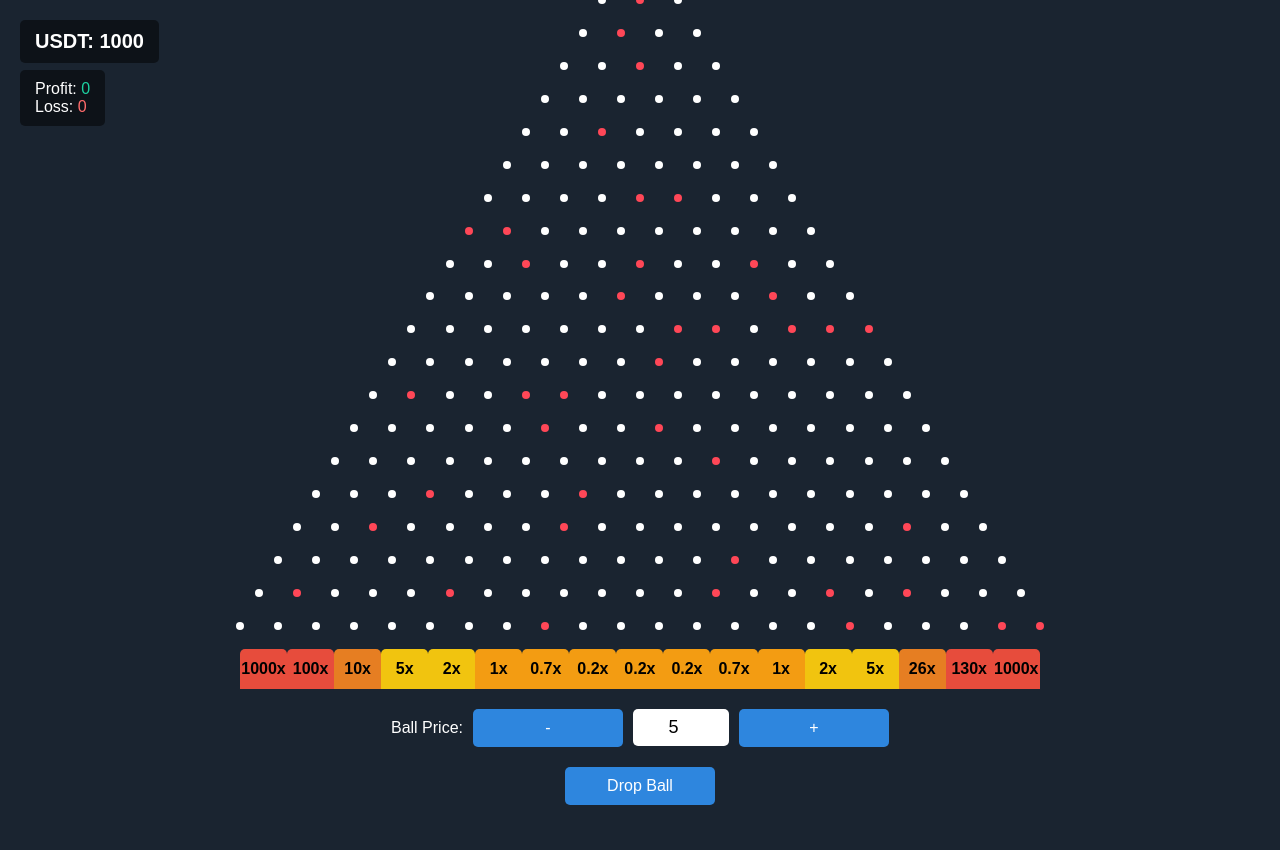
Repository: daffa-alif/PLINKO-JS
Page: index.html
The author's editor kept a copy of each file at every save. The page is drawn from the files as they stood at one save, then again after a run of saves.
The browser window is 1280 px wide. The pictures show the whole page.

Above is the page before, as saved 2025-03-07 09:26:36.

### index.html
<!DOCTYPE html>
<html lang="en">
<head>
    <meta charset="UTF-8">
    <meta name="viewport" content="width=device-width, initial-scale=1.0">
    <title>Plinko Game</title>
    <style>
        body {
            background-color: #1a2430;
            font-family: Arial, sans-serif;
            display: flex;
            justify-content: center;
            align-items: center;
            height: 100vh;
            margin: 0;
            color: white;
            overflow: hidden;
        }

        .container {
            position: relative;
            width: 600px;
            height: 900px; /* Increased from 700px to 900px */
            display: flex;
            flex-direction: column;
            align-items: center;
        }

        .plinko-board {
            position: relative;
            width: 500px;
            height: 800px; /* Increased from 600px to 800px */
        }

        .peg {
            position: absolute;
            width: 8px;
            height: 8px;
            background-color: white;
            border-radius: 50%;
            transform: translate(-50%, -50%);
        }

        .highlight-peg {
            background-color: #ff4757;
        }

        .ball {
            position: absolute;
            width: 16px;
            height: 16px;
            background-color: #ff6b81;
            border-radius: 50%;
            z-index: 10;
            transform: translate(-50%, -50%);
        }

        .buckets {
            display: flex;
            width: 100%;
            justify-content: space-between;
            position: absolute;
            bottom: 0;
        }

        .bucket {
            width: 55px;
            height: 40px;
            display: flex;
            justify-content: center;
            align-items: center;
            font-weight: bold;
            color: black;
            border-top-left-radius: 5px;
            border-top-right-radius: 5px;
        }

        .controls {
            margin-top: 20px;
            display: flex;
            flex-direction: column;
            align-items: center;
            gap: 10px;
            width: 100%;
        }

        button {
            padding: 10px 20px;
            font-size: 16px;
            border: none;
            border-radius: 5px;
            background-color: #2e86de;
            color: white;
            cursor: pointer;
            width: 150px;
        }

        button:hover {
            background-color: #54a0ff;
        }

        button:disabled {
            background-color: #7f8c8d;
            cursor: not-allowed;
        }

        .balance {
            position: absolute;
            top: 20px;
            left: 20px;
            font-size: 20px;
            font-weight: bold;
            background-color: rgba(0, 0, 0, 0.5);
            padding: 10px 15px;
            border-radius: 5px;
            z-index: 100;
        }

        .statistics {
            position: absolute;
            top: 70px;
            left: 20px;
            font-size: 16px;
            background-color: rgba(0, 0, 0, 0.5);
            padding: 10px 15px;
            border-radius: 5px;
            z-index: 100;
        }

        .profit {
            color: #1dd1a1;
        }

        .loss {
            color: #ff6b6b;
        }

        .price-controls {
            display: flex;
            align-items: center;
            gap: 10px;
            margin-bottom: 10px;
        }

        input {
            padding: 8px;
            width: 80px;
            text-align: center;
            font-size: 18px;
            border-radius: 5px;
            border: none;
        }

        .results {
            margin-top: 10px;
            font-size: 18px;
            color: #1dd1a1;
            height: 25px;
        }

        .falling-ball-animation {
            display: block;
            position: absolute;
            top: 0;
            left: 50%;
            transform: translateX(-50%);
            width: 16px;
            height: 16px;
            background-color: #ff6b81;
            border-radius: 50%;
            z-index: 11;
            animation: fallAnimation 1s ease-in;
        }

        @keyframes fallAnimation {
            0% {
                top: -20px;
            }
            100% {
                top: 20px;
            }
        }
    </style>
</head>
<body>

<div class="">
<div class="nav">
    <h1>welcome to plinko (warningn )</h1>
</div>
    <div>

        <div>
            <div class="balance">USDT: <span id="balance">1000</span></div>
    <div class="statistics">
        Profit: <span id="profit" class="profit">0</span><br>
        Loss: <span id="loss" class="loss">0</span>
    </div>
</div>

    <div class="container">
        <div class="plinko-board" id="plinkoBoard"></div>
        <div class="controls">
            <div class="price-controls">
                <span>Ball Price:</span>
                <button id="decreasePrice">-</button>
                <input type="number" id="ballPrice" value="5" min="5" max="1000">
                <button id="increasePrice">+</button>
            </div>
            <button id="dropButton">Drop Ball</button>
            <div class="results" id="results"></div>
        </div>
    </div>

</div>
</div>
<script src="script.js"></script>
</body>
</html>

### script.js
// Game configuration
const config = {
    rows: 20,                // Increased from 16 to 20 rows for taller board
    pegsStartCount: 3,       // Start with 3 pegs at the top row
    ballSpeed: 0.5,
    gravity: 0.15,
    friction: 0.99,
    pegInfluence: 0.6,
    maxActiveBalls: 10,
    // Updated multipliers to match the image exactly
    multipliers: [1000, 100, 10, 5, 2, 1, 0.7, 0.2, 0.2, 0.2, 0.7, 1, 2, 5, 26, 130, 1000],
    horizontalSpacingFactor: 1.6
};

let balance = 1000;
let totalProfit = 0;
let totalLoss = 0;
let ballPrice = 30;
let activeBalls = [];
let pegLayout = [];

// Initialize the board
function initializeBoard() {
    const board = document.getElementById('plinkoBoard');
    const boardWidth = board.clientWidth;
    const boardHeight = board.clientHeight;

    // Calculate peg spacing for the wider triangular pattern
    const horizontalSpacing = (boardWidth / (config.rows + 1)) * config.horizontalSpacingFactor;
    const verticalSpacing = (boardHeight - 80) / (config.rows);

    // Create pegs in a triangular pattern with progressive row lengths
    for (let row = 0; row < config.rows; row++) {
        // Calculate number of pegs in this row (increase by 1 for each row, starting with config.pegsStartCount)
        const pegsInRow = config.pegsStartCount + row;

        // Calculate the starting position for the first peg in the row
        const rowStartX = boardWidth / 2 - (horizontalSpacing * (pegsInRow - 1)) / 2;

        for (let col = 0; col < pegsInRow; col++) {
            const peg = document.createElement('div');
            peg.className = 'peg';

            // Add some highlight pegs (red pegs)
            if (Math.random() < 0.2) {
                peg.classList.add('highlight-peg');
            }

            // Calculate position for evenly distributed pegs
            const offsetX = rowStartX + col * horizontalSpacing;
            const offsetY = verticalSpacing * row + 50;

            peg.style.left = `${offsetX}px`;
            peg.style.top = `${offsetY}px`;

            board.appendChild(peg);

            // Store peg position for collision detection
            pegLayout.push({
                x: offsetX,
                y: offsetY,
                highlight: peg.classList.contains('highlight-peg'),
                element: peg
            });
        }
    }

    // Create buckets - FIXED VERSION
    const buckets = document.createElement('div');
    buckets.className = 'buckets';

    // Get the last row of pegs to align buckets with
    const lastRowPegs = pegLayout.slice(-config.pegsStartCount - config.rows + 1);
    const leftmostPeg = lastRowPegs[0].x;
    const rightmostPeg = lastRowPegs[lastRowPegs.length - 1].x;
    const bucketAreaWidth = rightmostPeg - leftmostPeg;

    // Define colors for buckets based on multipliers
    const getColorForMultiplier = (multiplier) => {
        if (multiplier >= 100) return '#e74c3c';      // Red for highest multipliers
        if (multiplier >= 10) return '#e67e22';       // Orange for high multipliers
        if (multiplier >= 2) return '#f1c40f';        // Yellow for medium multipliers
        return '#f39c12';                             // Gold for low multipliers
    };

    // Set the buckets container width to match the width of the last row of pegs
    buckets.style.width = `${bucketAreaWidth}px`;
    buckets.style.left = `${leftmostPeg}px`;
    buckets.style.position = 'absolute';

    // Add bucket divs to match the multipliers
    const multiplierCount = config.multipliers.length;
    const bucketWidth = bucketAreaWidth / multiplierCount;

    for (let i = 0; i < multiplierCount; i++) {
        const bucket = document.createElement('div');
        bucket.className = 'bucket';
        bucket.style.backgroundColor = getColorForMultiplier(config.multipliers[i]);
        bucket.textContent = `${config.multipliers[i]}x`;
        bucket.style.width = `${bucketWidth}px`;
        buckets.appendChild(bucket);
    }

    board.appendChild(buckets);
}

// Create a falling ball animation
function showBallDropAnimation() {
    return new Promise(resolve => {
        const board = document.getElementById('plinkoBoard');
        const fallingBall = document.createElement('div');
        fallingBall.className = 'falling-ball-animation';
        board.appendChild(fallingBall);

        setTimeout(() => {
            fallingBall.remove();
            resolve();
        }, 500);
    });
}

// Create a ball and start animation
async function dropBall() {
    const currentBallPrice = parseInt(document.getElementById('ballPrice').value);
    if (balance < currentBallPrice) {
        document.getElementById('results').textContent = "Not enough balance!";
        setTimeout(() => {
            document.getElementById('results').textContent = "";
        }, 2000);
        return;
    }

    // Check if we've reached the maximum number of active balls
    if (activeBalls.length >= config.maxActiveBalls) {
        document.getElementById('results').textContent = "Too many balls in play!";
        setTimeout(() => {
            document.getElementById('results').textContent = "";
        }, 2000);
        return;
    }

    // Deduct ball price from balance
    balance -= currentBallPrice;
    document.getElementById('balance').textContent = balance;

    // Show the ball drop animation
    await showBallDropAnimation();

    const board = document.getElementById('plinkoBoard');
    const boardWidth = board.clientWidth;

    // Ball starts at the top center of the board
    const ball = document.createElement('div');
    ball.className = 'ball';
    ball.style.left = `${boardWidth / 2}px`;
    ball.style.top = '20px';
    board.appendChild(ball);

    // Create a new ball object
    const newBall = {
        element: ball,
        id: Date.now(),
        x: boardWidth / 2,
        y: 20,
        vx: (Math.random() - 0.5) * 0.5,
        vy: 1,
        radius: 8,
        price: currentBallPrice
    };

    // Add ball to active balls array
    activeBalls.push(newBall);

    // Start animation if it's not already running
    if (activeBalls.length === 1) {
        requestAnimationFrame(animateAllBalls);
    }
}

// Animate all active balls
function animateAllBalls(timestamp) {
    if (activeBalls.length === 0) return;

    const board = document.getElementById('plinkoBoard');
    const boardWidth = board.clientWidth;
    const boardHeight = board.clientHeight;

    // Get bucket positions for collision detection - FIXED VERSION
    const buckets = document.querySelector('.buckets');
    const bucketsRect = buckets.getBoundingClientRect();
    const boardRect = board.getBoundingClientRect();

    const bucketsLeft = bucketsRect.left - boardRect.left;
    const bucketsWidth = bucketsRect.width;
    const bucketCount = config.multipliers.length;
    const bucketWidth = bucketsWidth / bucketCount;

    // Process each active ball
    for (let i = activeBalls.length - 1; i >= 0; i--) {
        const ball = activeBalls[i];

        // Apply gravity
        ball.vy += config.gravity;

        // Apply friction
        ball.vx *= config.friction;
        ball.vy *= config.friction;

        // Update position
        ball.x += ball.vx;
        ball.y += ball.vy;

        // Collision with side walls
        if (ball.x - ball.radius < 0) {
            ball.x = ball.radius;
            ball.vx = -ball.vx * 0.5;
        } else if (ball.x + ball.radius > boardWidth) {
            ball.x = boardWidth - ball.radius;
            ball.vx = -ball.vx * 0.5;
        }

        // Collision with pegs
        for (const peg of pegLayout) {
            const dx = ball.x - peg.x;
            const dy = ball.y - peg.y;
            const distance = Math.sqrt(dx * dx + dy * dy);

            if (distance < ball.radius + 6) {
                // Calculate the angle of collision
                const angle = Math.atan2(dy, dx);

                // Move the ball outside of the peg
                const newX = peg.x + (ball.radius + 6) * Math.cos(angle);
                const newY = peg.y + (ball.radius + 6) * Math.sin(angle);

                ball.x = newX;
                ball.y = newY;

                // Add randomness to the bounce but with a slight bias toward outer edges
                let randomness = (Math.random() * 2 - 1) * config.pegInfluence;

                // Very subtle bias toward edges
                if (ball.x < boardWidth * 0.3) {
                    randomness -= 0.05; // Slight bias leftward
                } else if (ball.x > boardWidth * 0.7) {
                    randomness += 0.05; // Slight bias rightward
                }

                // Update velocity with a bounce effect and randomness
                const speed = Math.sqrt(ball.vx * ball.vx + ball.vy * ball.vy);
                ball.vx = Math.cos(angle + randomness) * speed;
                ball.vy = Math.sin(Math.abs(angle + randomness)) * speed; // Keep ball moving downward

                // Highlight the peg temporarily
                peg.element.style.backgroundColor = '#ffdd59';
                setTimeout(() => {
                    peg.element.style.backgroundColor = peg.highlight ? '#ff4757' : 'white';
                }, 100);
            }
        }

        // Check if ball reached bucket level
        if (ball.y > boardHeight - 60) {
            // Calculate which bucket the ball fell into based on the fixed buckets position - FIXED VERSION
            let bucketIndex = -1;

            // Check if the ball is within the bucket area
            if (ball.x >= bucketsLeft && ball.x <= bucketsLeft + bucketsWidth) {
                // Calculate the bucket index based on the ball's position relative to the buckets
                bucketIndex = Math.floor((ball.x - bucketsLeft) / bucketWidth);
                bucketIndex = Math.min(bucketIndex, bucketCount - 1);
            } else {
                // If the ball is outside the bucket area, put it in the nearest edge bucket
                bucketIndex = ball.x < bucketsLeft ? 0 : bucketCount - 1;
            }

            // Apply multiplier to the bet
            const multiplier = config.multipliers[bucketIndex];
            const winAmount = Math.floor(ball.price * multiplier);
            balance += winAmount;
            document.getElementById('balance').textContent = balance;

            // Update profit/loss statistics
            if (winAmount > ball.price) {
                const profit = winAmount - ball.price;
                totalProfit += profit;
                document.getElementById('profit').textContent = totalProfit;
            } else if (winAmount < ball.price) {
                const loss = ball.price - winAmount;
                totalLoss += loss;
                document.getElementById('loss').textContent = totalLoss;
            }

            // Display result message
            const resultElement = document.getElementById('results');
            if (winAmount > ball.price) {
                resultElement.textContent = `You won ${winAmount} USDT!`;
                resultElement.style.color = '#1dd1a1';
            } else if (winAmount < ball.price) {
                resultElement.textContent = `You lost ${ball.price - winAmount} USDT`;
                resultElement.style.color = '#ff6b6b';
            } else {
                resultElement.textContent = `You broke even!`;
                resultElement.style.color = '#f7d794';
            }

            // Highlight the winning bucket
            const bucketElements = document.querySelectorAll('.bucket');
            bucketElements[bucketIndex].style.transform = 'translateY(-5px)';
            setTimeout(() => {
                bucketElements[bucketIndex].style.transform = 'translateY(0)';
            }, 300);

            // Remove ball from DOM
            ball.element.remove();

            // Remove ball from active balls array
            activeBalls.splice(i, 1);
        }

        // Update ball position in DOM
        ball.element.style.left = `${ball.x}px`;
        ball.element.style.top = `${ball.y}px`;
    }

    // Continue animation if there are still active balls
    if (activeBalls.length > 0) {
        requestAnimationFrame(animateAllBalls);
    }
}

// Initialize the game
window.addEventListener('DOMContentLoaded', () => {
    initializeBoard();

    // Update balance display
    document.getElementById('balance').textContent = balance;

    // Add event listener for the drop button
    document.getElementById('dropButton').addEventListener('click', () => {
        dropBall();
    });

    // Add event listeners for ball price adjustment
    document.getElementById('decreasePrice').addEventListener('click', () => {
        const priceInput = document.getElementById('ballPrice');
        let currentPrice = parseInt(priceInput.value);
        if (currentPrice > 5) {
            priceInput.value = currentPrice - 5;
        }
    });

    document.getElementById('increasePrice').addEventListener('click', () => {
        const priceInput = document.getElementById('ballPrice');
        let currentPrice = parseInt(priceInput.value);
        if (currentPrice < 1000) {
            priceInput.value = currentPrice + 5;
        }
    });

    // Ensure ball price is valid
    document.getElementById('ballPrice').addEventListener('change', (e) => {
        let value = parseInt(e.target.value);
        if (isNaN(value) || value < 5) {
            e.target.value = 5;
        } else if (value > 1000) {
            e.target.value = 1000;
        }
    });
});

After the next 3 saves:
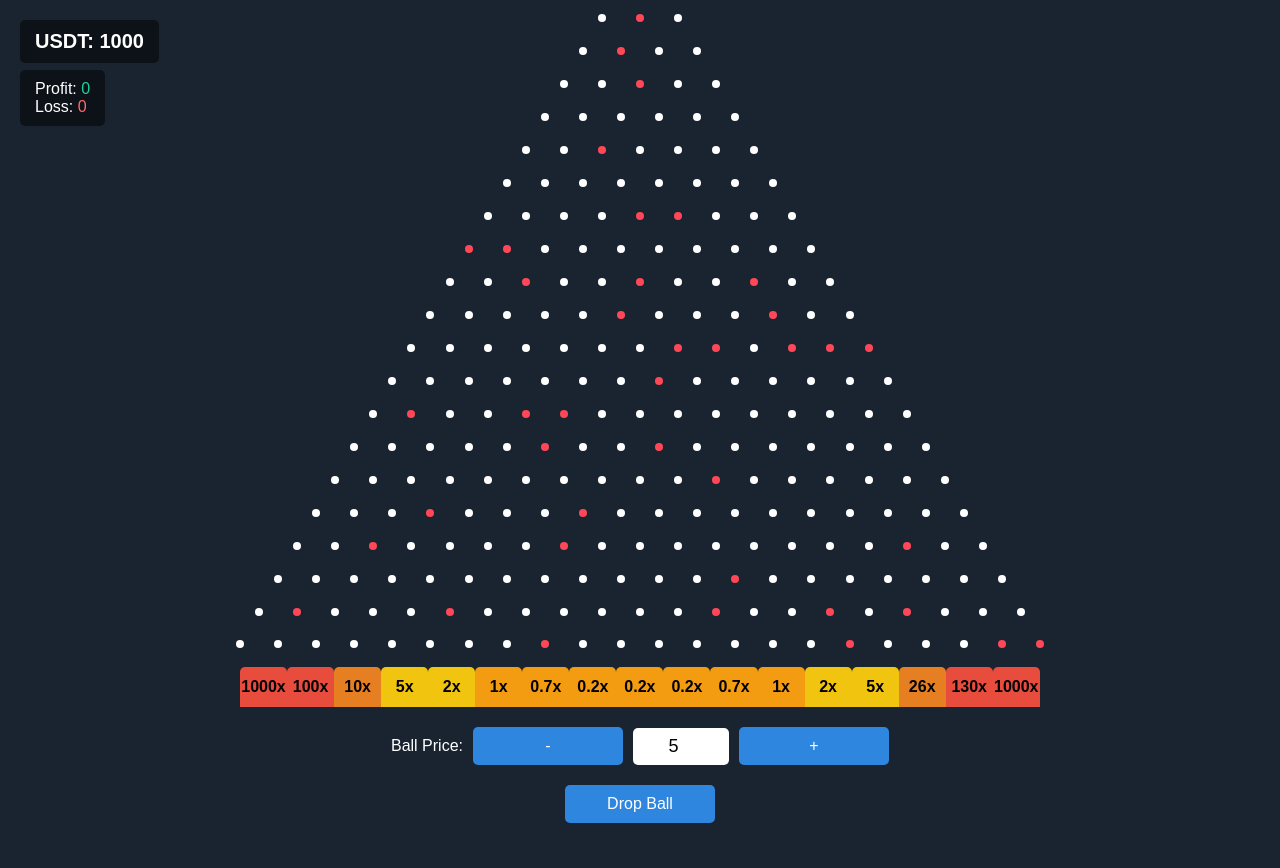
The 3 saves are shown as one change because they came seconds apart.
The last was saved 10 s later.
--- a/index.html
+++ b/index.html
@@ -186,7 +186,7 @@
 
 <div class="">
 <div class="nav">
-    <h1>welcome to plinko (warningn )</h1>
+    <h1>welcome to plinko <br> (warningn DON'T GAMBLE)</h1>
 </div>
     <div>
 
